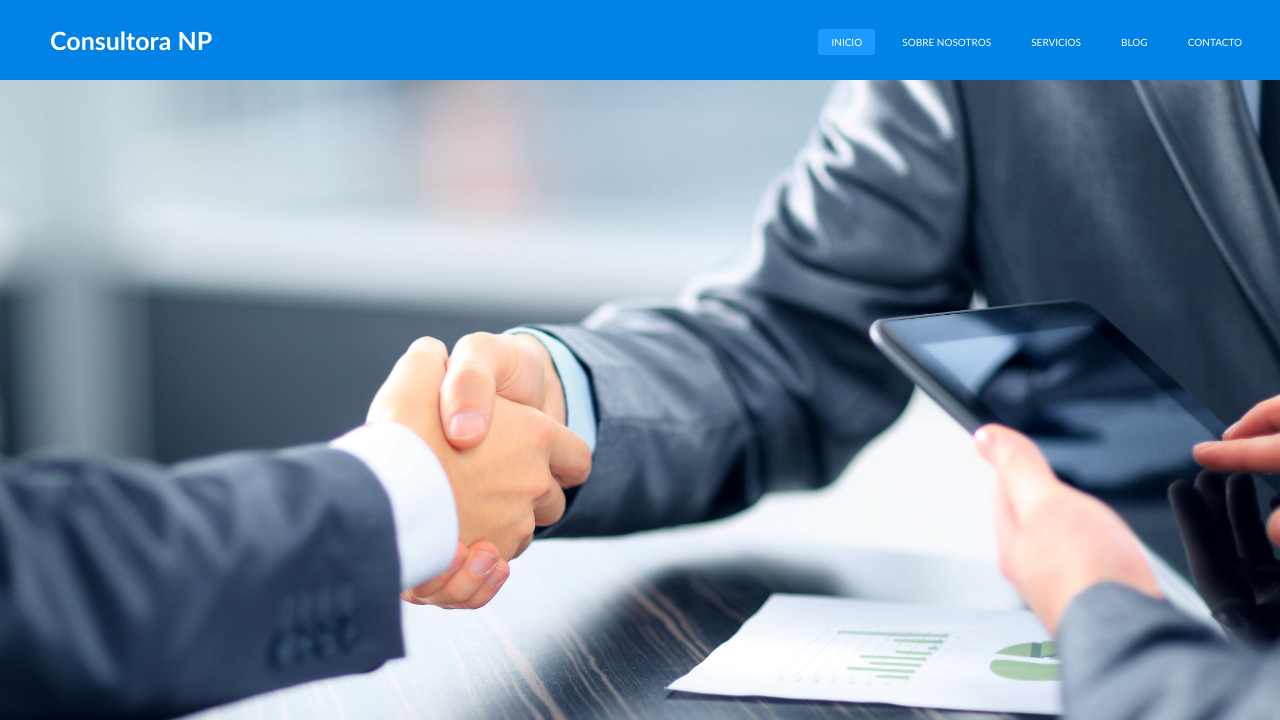
Repository: Batu120/pre-entrega2
Page: index.html
These files come from the project's save history. The page is drawn as it stood at one moment and after the next save; the edit follows.
The browser window is 1280 px wide. The pictures show the whole page.

Above is the page before, as saved 2022-10-29 20:31:40.

### index.html
<!DOCTYPE html>
<html lang="en" dir="ltr">
<head>
    <meta charset="UTF-8">
    <meta http-equiv="X-UA-Compatible" content="IE=edge">
    <meta name="viewport" content="width=device-width, initial-scale=1.0">
    <title>2da Pre Entrega</title>

    <!-- CSS -->
    <link rel="stylesheet" href="CSS/style.css">
    <link rel="stylesheet" href="https://cdnjs.cloudflare.com/ajax/libs/font-awesome/4.7.0/css/font-awesome.min.css">
</head>
<body>
    <nav>
        <input type="checkbox" id="check">
        <label for="check" class="checkbtn">
            <i style="font-size:24px" class="fa">&#xf0c9;</i>
        </label>
        <label class="logo">Consultora NP</label>
            <!-- Lista no ordenada -->
            <ul>
                <!-- Items / Menu -->
                <li><a class="active" href="#">Inicio</a></li>
                <li><a href="#">Sobre Nosotros</a></li>
                <li><a href="#">Servicios</a></li>
                <li><a href="#">Blog</a></li>
                <li><a href="#">Contacto</a></li>
            </ul>
    </nav>

    <section></section>

            <!-- <img clas="menu" src="IMG/menu-icon2.png" alt="menu"> -->
<!-- Enlaces -->

<!--    <main>
        <h1>CONSULTORA </h1>
    </main> -->

</body>
</html>

### CSS/style.css
body {
    font-family:'Gill Sans', 'Gill Sans MT', Calibri, 'Trebuchet MS', sans-serif;
}

/* NAV BAR - ENLACES - RESPONSIVE */

* {
    padding: 0;
    margin: 0;
    text-decoration: none;
    list-style: none;
    box-sizing: border-box;
}
nav {
    background: #0082e6;
    height: 80px;
    width: 100%;
}
/*  */
.logo{
    color: white;
    font-size: 25px;
    line-height: 80px;
    padding: 0 50px;
    font-weight: bold;
}
nav ul{
    float: right;
    margin-right: 20px;
    padding-top: 0%;
}
nav ul li{
    display: inline-block;
    line-height: 80px;
    margin: 0 5px;
}
nav ul li a{
    color: white;
    font-size: 10px;
    padding: 7px 13px;
    border-radius: 3px;
    text-transform: uppercase;
}
a.active,a:hover{
    background: #1b9bff;
    transition: .5s;
}
.checkbtn{
    font-size: 30px;
    color: white;
    float: right;
    line-height: 80px;
    margin-right: 30px;
    cursor: pointer;
    display: none;
}
#check{
    display: none;
}
/* PREUBA RESPONSIVE TEST */
/* @media (max-width: 1000px){
    label.logo {
        font-size: 25px;
        padding-left: 50px;
    }
    nav ul li a{
        font-size: 16px;
    }
} */
@media (max-width: 800px){
    .checkbtn{
        display: block;
    }
    ul{
        position: fixed;
        width: 100%;
        height: 100vh;
        background: #2c3e50;
        top: 80px;
        left: -100%;
        text-align: center;
        transition: all .5s;
    }
    nav ul li{
        display: block;
        margin: 50px 0;
        line-height: 30px;
    }
    nav ul li a {
        font-size: 20px;
    }
        a:hover,a.active{
        background:none;
        color: #0082e6;
        }
        #check:checked ~ ul{
        left: 0;
        }
    }

    section{
        background: url(/IMG/consultoria_img.jpeg) no-repeat;
        background-size: cover;
        height: calc(100vh - 80px);
    }
/* .listaNOordenada {
    display: flex;
    flex-direction: row;
    justify-content:flex-end;
    list-style: none;
}

li {
    font-size: large;
    text-transform: uppercase;
    font-family:'Gill Sans', 'Gill Sans MT', Calibri, 'Trebuchet MS', sans-serif;
    font-weight: 600;
    margin: 10px;
    padding: 5px;
    letter-spacing: 2px;
}

@media (max-width: 850px){
    .listaNOordenada {
        flex-direction: column;
    }
}
 */

After the next save:
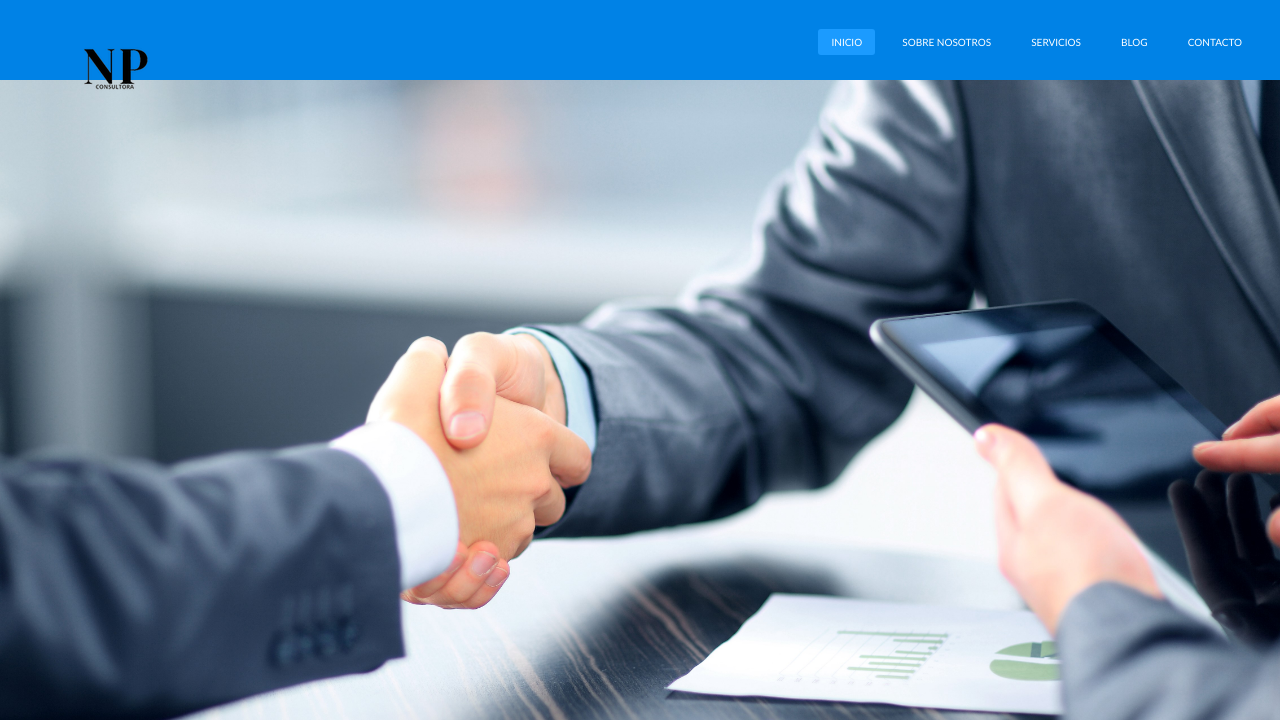
Saved 68 s later.
--- a/index.html
+++ b/index.html
@@ -16,7 +16,7 @@
         <label for="check" class="checkbtn">
             <i style="font-size:24px" class="fa">&#xf0c9;</i>
         </label>
-        <label class="logo">Consultora NP</label>
+        <label class="logo"><img src="IMG/CONSULTORA.png" alt="logo_web"></label>
             <!-- Lista no ordenada -->
             <ul>
                 <!-- Items / Menu -->
